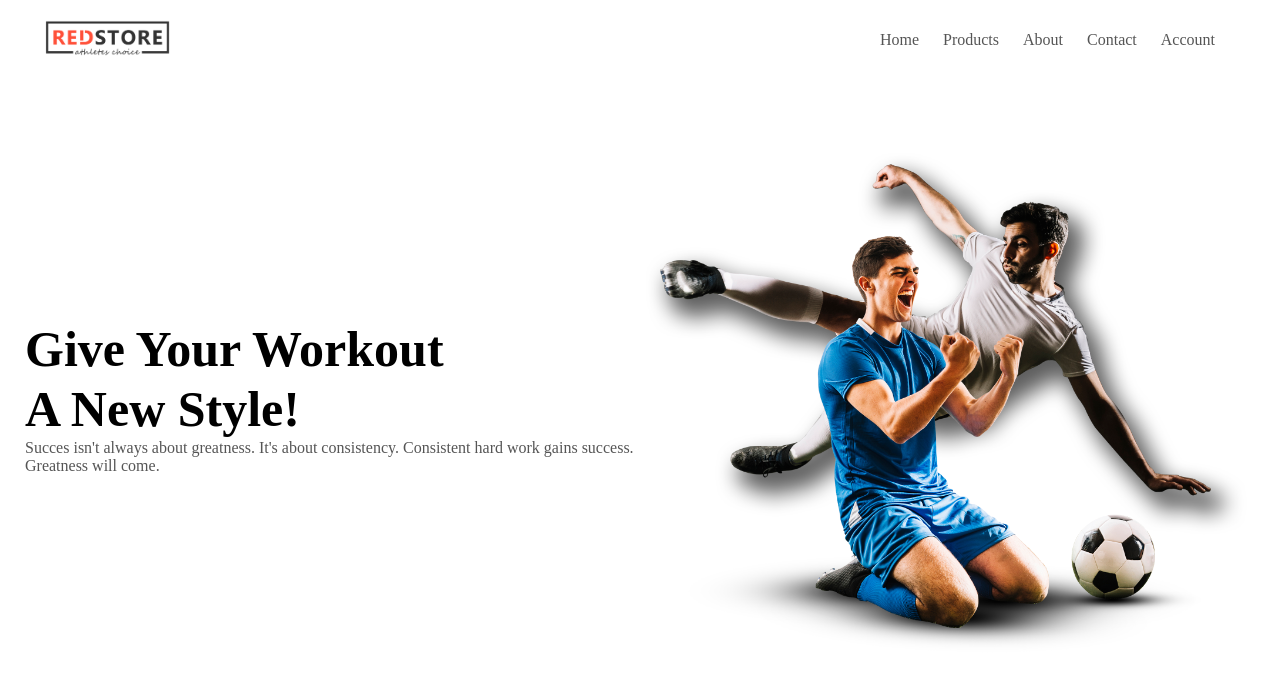
Repository: datvu1608/redsportstore
Page: index.html
The author's editor kept a copy of each file at every save. The page is drawn from the files as they stood at one save, then again after the next save.
The browser window is 1280 px wide. The pictures show the whole page.

Above is the page before, as saved 2023-11-21 14:40:52.

After the next save:
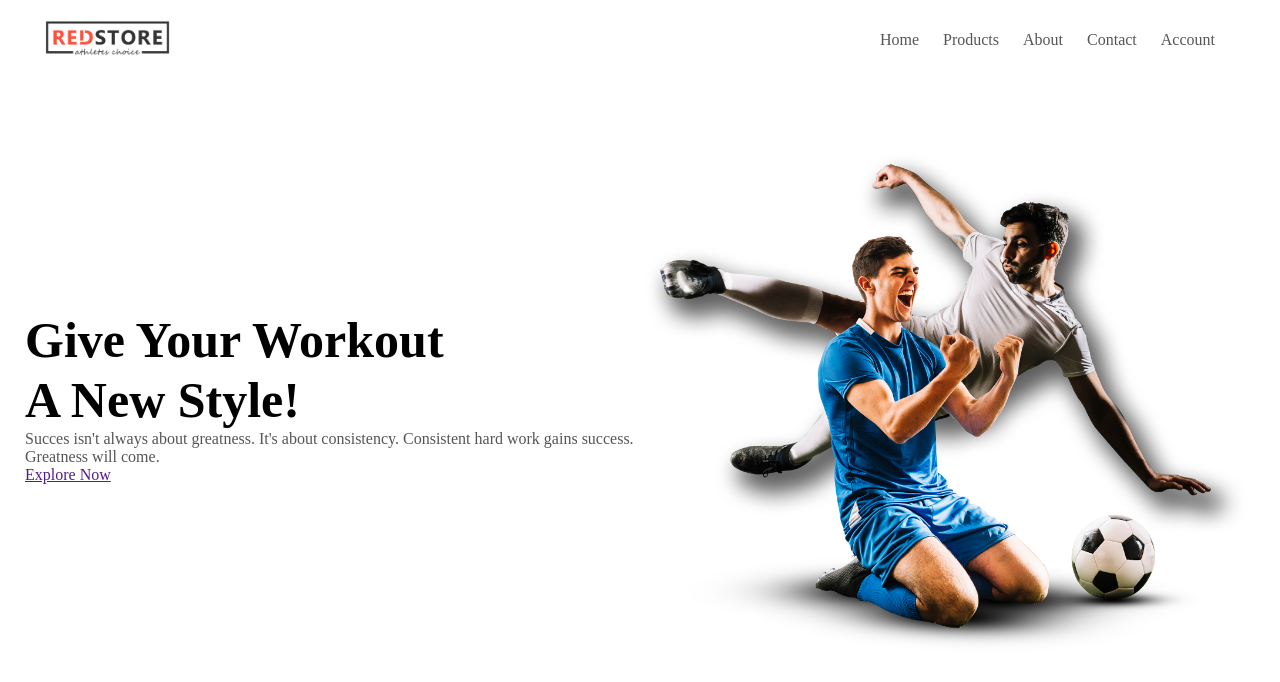
Saved 12 s later.
--- a/index.html
+++ b/index.html
@@ -39,7 +39,7 @@
             Succes isn't always about greatness. It's about consistency.
             Consistent hard work gains success. Greatness will come.
           </p>
-          <a href="" class="btn"></a>
+          <a href="" class="btn">Explore Now</a>
         </div>
         <div class="col-2">
           <img src="./images/image1.png" alt="" />
